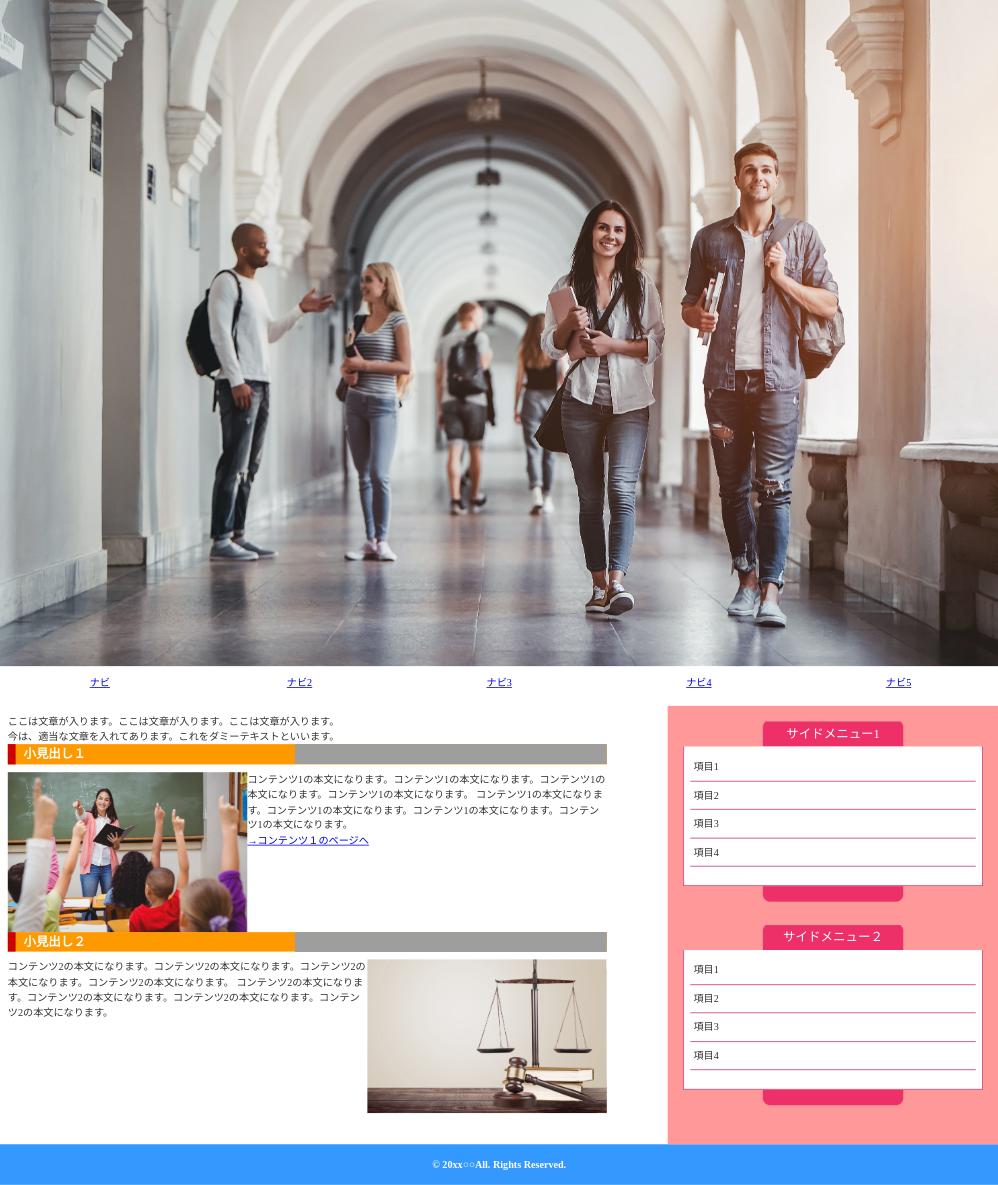
Repository: hirano51/samurai_HTML-CSS
Page: home.html
The author's editor kept a record of every edit. The page is drawn from the files as they stood at one moment, then again after the next edit.
The browser window is 1280 px wide. The pictures show the whole page, at 78% of full size.
Pictures or frames that could not be fetched are drawn as grey boxes.

Above is the page before.

### home.html
<!DOCTYPE html>
<html lang="jp">
<head>
  <meta charset="UTF-8">
<title>HTML/CSSの学習</title>
<link rel="stylesheet" href="stylesheet.css">
</head>
<body>
  <div id="header">
<h1><a href="index.html"><img id="corridor" src="images/corridor.jpg" alt="大学の廊下" /></a></h1>

  </div>
  <div id="wrapper">

<div id="nav">
<ul>
  <li><a href="home.html">ナビ</a></il>
    <li><a href="#">ナビ2</a></il>
  <li><a href="#">ナビ3</a></il>
  <li><a href="#">ナビ4</a></il>
  <li><a href="#">ナビ5</a></il>
 </ul>
</div>

<div id="container">
  <div id="main">
    <div class="post">
      <p>ここは文章が入ります。ここは文章が入ります。ここは文章が入ります。<br />今は、適当な文章を入れてあります。これをダミーテキストといいます。</p>
    </div>
    <div class="posut clearfix">
      <h2>小見出し１</h2>
      <img class="left" src="images/classroom.jpg" alt="授業風景"/>
      <p>
        コンテンツ1の本文になります。コンテンツ1の本文になります。コンテンツ1の本文になります。コンテンツ1の本文になります。
        コンテンツ1の本文になります。コンテンツ1の本文になります。コンテンツ1の本文になります。コンテンツ1の本文になります。
      </p>
      <p><a href="#">→コンテンツ１のページへ</a></p>
    </div>
    <div class="post cleatfix">
      <h2>小見出し２</h2>
      <img class="right" src="images/scale.jpg" alt="天秤"/>
      <p>
        コンテンツ2の本文になります。コンテンツ2の本文になります。コンテンツ2の本文になります。コンテンツ2の本文になります。
        コンテンツ2の本文になります。コンテンツ2の本文になります。コンテンツ2の本文になります。コンテンツ2の本文になります。                       </p>
      </p>
      </div>
      </div>
      </div>

      <div id="side">
        <div class="box">
          <h2>サイドメニュー1</h2>
          <div class="boxBody">
            <ul>
              <li>項目1</li>
               <li>項目2</li>
                <li>項目3</li>
                 <li>項目4</li>
            </ul>
            </div>
            </div>

            <div>
              <div class="box">
                <h2>サイドメニュー２</h2>
                <div class="boxBody">
                  <ul>
                  <li>項目1</li>
                  <li>項目2</li>
                  <li>項目3</li>
                  <li>項目4</li>
                  </ul>
                </div>
              </div>
            </div>
            </div>


<div id="footer">
<p>&copy; 20xx○○All. Rights Reserved.</p>
</div>
</body>
</html>

### stylesheet.css
@charset"utf-8";

body{
    margin:0;
    padding:0;
    font-family:"ヒラギノ角ゴ Pro W3", "Hiragino Kaku Gothic Pro", "メイリオ", Meiryo, Osaka, "ＭＳ Ｐゴシック", "MS PGothic";
color:#333;
font-size:13px;
line-height:150%;
}

#wrapper{
    width:100%;
    margin:auto;
padding:0;
border:0px;
background-color:#FFF;
top:10px;
position:relative;

}


#header{
    width:100%;
}
#header h1{
    margin:0;
    padding:0;
}

#corridor{
    width:100%;
    height:auto;
}


#footer {
	clear: both;
	width: 100%;
	padding: 3px 0 3px 0;
	background: #39F;
	color: #FFF;
	font-weight: bold;
	text-align: center;
}


#nav{
    width:100%;
}
#nav ul{
    display:flex;
    margin:0;
    padding:0;
    list-style-type:none;
}
#nav ul li{
    width:20%;
    text-align:center;
}
#nab ul li a {
    disoplay:block;
    height:20px;
    margin:0;
    padding:10px;
    color:#FFF;
    font-size:20px;
    text-decoration:none;
    background-color:green;

}

    #nav ul li a:hover {
        filter:drop-shadow(10px 10px 10px black);
    }






#container{
    width:100%;
    margin:auto;
    padding:auto;
    padding-top:20px;
    clear:both;
}

#main{
    float:left;
    width:60%;
    padding:10px 30px 10px 10PX;
}
#main h2{
    margin:0 0 10px 0;
    padding: 3px 10px 3px 10px;
    color:#FFF;
    font-size:16px;
    border-left:solid 10px #C00;
    background:#F90 url(../images/main_h2.jpg) right top repeat-y;
}
#main p{
    margin:0;
    padding:0;
}
#main.post{
    margin:0 0 30px 0;
}
#main.post img.right{
    margin:0 0 0 8px;
}
#main.post img.left{
    margin: 0 8px 0 0;
}

.right{
    float:right;
    width:40%;
    height:auto;
}
.left{
    float:left;
    width:40%;
    height:auto;
}



.cleatfix{
    zoom:1;
}
.clearfix:after{
    content:"";
    display:block;
    clear:both;
}



#side {
	float: right;
	width: 30%;
	padding: 20px;
	background-color: #F99;
}
#side .box {
	margin: 0 auto 30px auto;
	padding: 0 0 20px 0;
	background: url(images/side_box.png) bottom no-repeat;
}
#side .box h2 {
	margin: 0;
	padding: 8px;
	text-align: center;
	color: #fff;
	font-size: 16px;
	line-height: 16px;
	font-weight: normal;
	background: url(images/side_box_h2.png) center no-repeat;
}
#side .box .boxBody {
	padding: 8px;
	border-right: solid 1px #C36;
	border-bottom: solid 1px #C36;
	border-left: solid 1px #C36;
	background: #fff;
}
#side .box .boxBody ul {
	margin: 0 0 16px 0;
	padding: 0;
}
#side .box .boxBody ul li {
	padding: 8px 0 8px 4px;
	list-style: none;
	border-bottom: solid 1px #C36;
}

#side .box .boxBody ul li:hover{
    padding:8px 0 8px 4px;
    list-style:none;
    border-bottom:solid 1px #C36;
    box-shadow:0px 4px 4px rgba(0,0,0,0.3);

}

After the next edit:
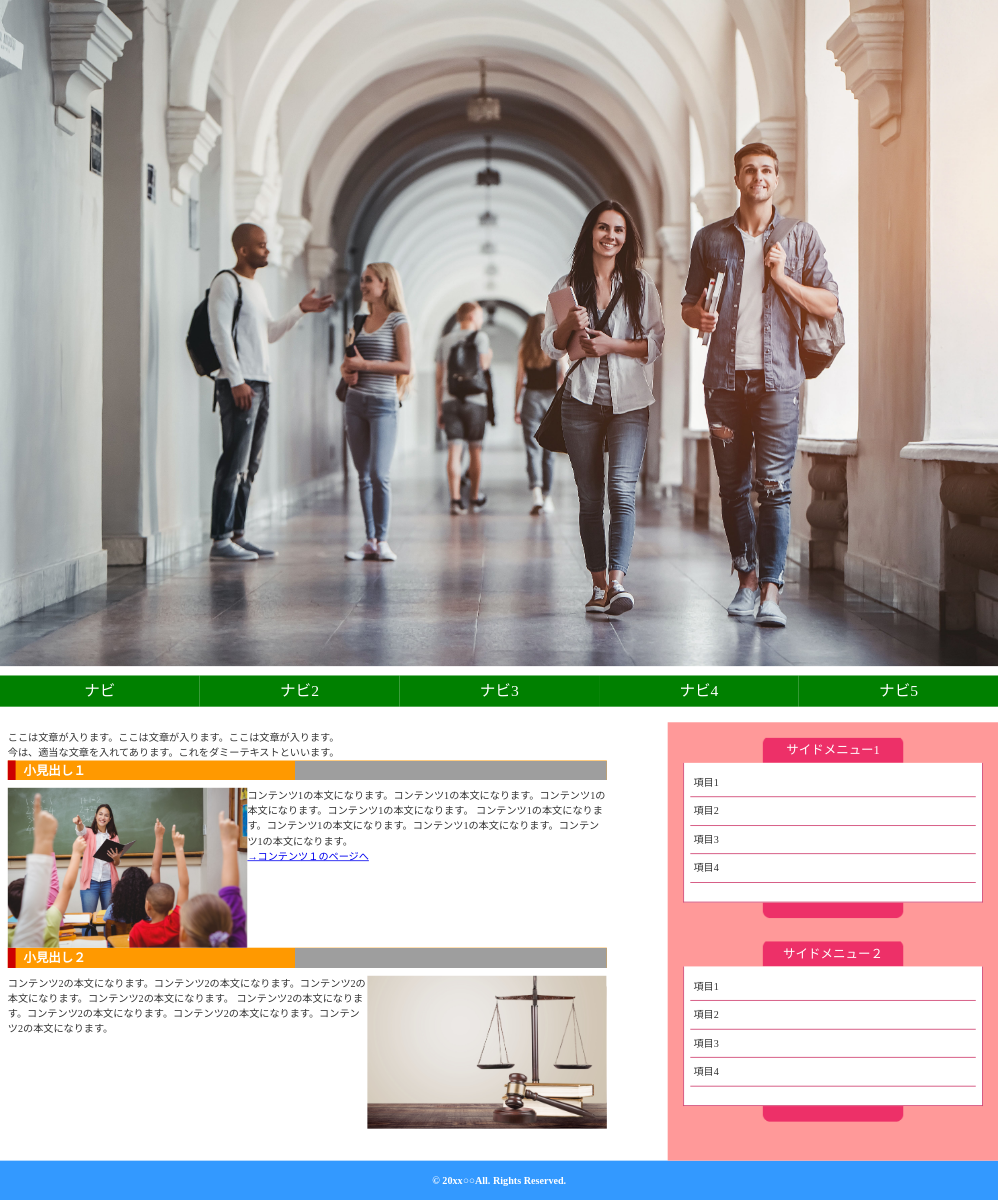
The edit:
--- a/stylesheet.css
+++ b/stylesheet.css
@@ -59,8 +59,8 @@
     width:20%;
     text-align:center;
 }
-#nab ul li a {
-    disoplay:block;
+#nav ul li a {
+    display:block;
     height:20px;
     margin:0;
     padding:10px;
